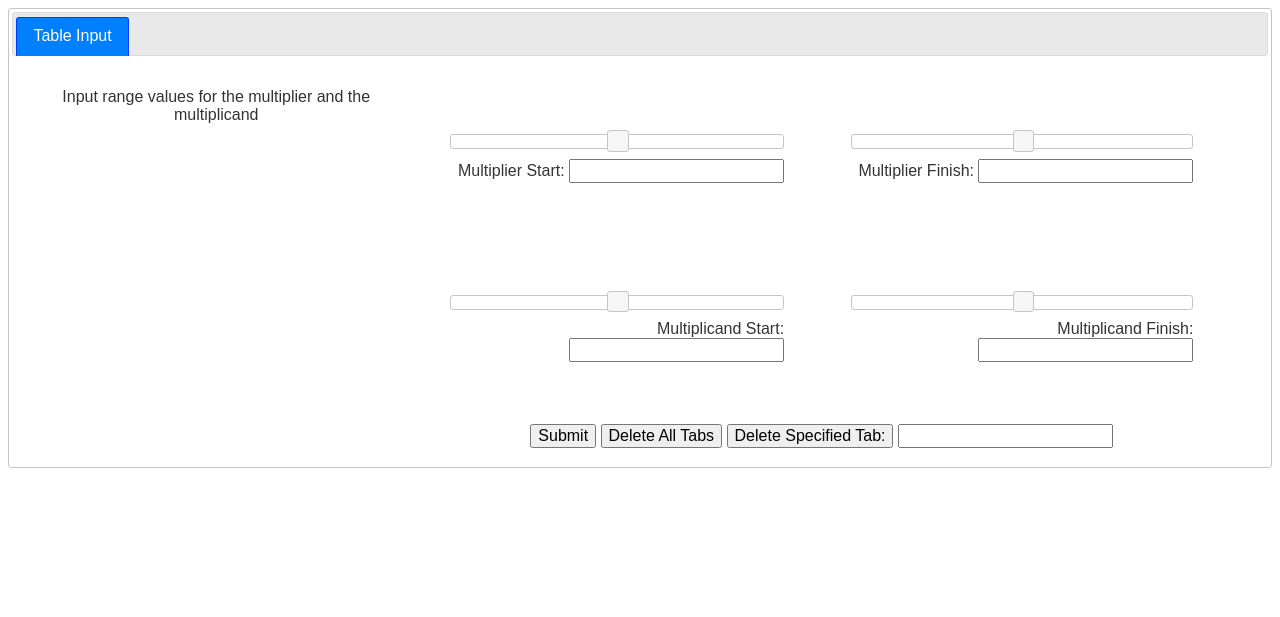
Repository: khrasna/HW4Part2
Page: index.html
The author's editor kept a copy of each file at every save. The page is drawn from the files as they stood at one save, then again after the next save.
The browser window is 1280 px wide. The pictures show the whole page.
Some web libraries are served in a nearby version.

Above is the page before, as saved 2021-11-22 16:25:43.

### index.html
<!-- HTML file for Assignment 3
By Karsten Hrasna  email Karsten_Hrasna@student.uml.edu-->
<!DOCTYPE html>
<html>

<head>
    <title>Multiplication Table</title>
    <link rel="stylesheet" href="style.css">
    <script type="text/javascript" src="https://ajax.googleapis.com/ajax/libs/jquery/3.5.1/jquery.min.js"></script>
    <script type="text/javascript" src="dist/jquery.validate.min.js"></script>
    <script type="text/javascript" src="formvalidate.js"></script>
    <script type="text/javascript"
        src="https://ajax.googleapis.com/ajax/libs/jqueryui/1.11.4/jquery-ui.min.js"></script>
    <link rel="stylesheet" href="https://ajax.googleapis.com/ajax/libs/jqueryui/1.11.4/themes/smoothness/jquery-ui.css">
</head>

<body>

    <div id="tabs">
        <ul>
            <li><a href='#tab1'>Table Input</a></li>
        </ul>
        <div id="tab1">
            <p>Input range values for the multiplier and the multiplicand</p>
            <!-- Learned from W3schools. Creates a form which takes number ranges for multiplier and multiplicand. -->
            <form id="FormInput" action="javascript:void(0);" method="get">
                <!--Learned about javascript:void(0) from Dutchie432 at https://stackoverflow.com/questions/1818249/form-with-no-action-and-where-enter-does-not-reload-page-->
                <table>
                    <tr>

                        <td class="pad">
                            <div id="slider-1" class="refresh"></div>
                            Multiplier Start: <input input="text" class="refresh" name="MultiplierStart">
                        </td>

                        <td>
                            <div id="slider-2" class="refresh"></div>
                            Multiplier Finish: <input type="text" class="refresh" name="MultiplierFinish">
                        </td>
                    </tr>
                    <tr>
                        <td class="pad">
                            <div id="slider-3" class="refresh"></div>
                            Multiplicand Start: <input type="text" class="refresh" name="MultiplicandStart">
                        </td>

                        <td>
                            <div id="slider-4" class="refresh"></div>
                            Multiplicand Finish: <input type="text" class="refresh" name="MultiplicandFinish">
                        </td>
                    </tr>
                </table>
                <input type="submit" value="Submit">
                <input type="button" name="clear" value="Delete All Tabs">
                <input type="button" name="clearx" value="Delete Specified Tab:">
                <input type="text" name="clearinput">
                <!--goes directly under form and processes the input to create a mult table-->
            </form>
        </div>
    </div>


</body>

</html>

### style.css
/*Created by Karsten Hrasna. email: Karsten_Hrasna@student.uml.edu*/
html,
body {
    height: 97%;
    text-align: center;
}

#slider-1,
#slider-2,
#slider-3,
#slider-4 {
    margin-bottom: 10px;
    margin-top: 10px;
}

div#tab1 {
    display: grid;
    grid-template-columns: 30% auto;
    /* top row of grid holds the form for input, the rest of page holds the multiplication table*/
    grid-template-rows: auto;
    height: 97%;
    text-align: center;

}

p {
    text-align: center;
}

#multTable {
    margin: auto;
    border-collapse: separate;
    border-spacing: 0;
    /*the dynamically sized multiplication table */
    margin-top: 0px;
    border-bottom: 0px;

}

input[type=submit] {
    /* submit button under form spaced here */
    margin-top: 10px;
    margin-bottom: 0px;
}

#multTable td,
th {
    border: solid;
    border-color: black;
    min-width: 70px;
    font-size: 30px;
    height: 70px;
}


#multTable th {
    position: sticky;
    top: 0px;
    border-right: solid;
    border-right-color: white;
    border-bottom: solid;
    border-bottom-color: white;
    background-color: black;
    color: white;

}

#multTable th:first-child {
    position: sticky;
    top: 70px;
    left: 0;
}


.sticky {
    position: fixed;
    top: 0px;
    /* get the headers to stay fixed on mult table */
    width: 100%;
}

#multTable tr:first-child th:first-child {
    border: none;
    background-color: white;
}

#multTable p.inputError {
    margin: 0px;
}

form {
    margin-bottom: 0px;
}

table {
    margin-left: auto;
    margin-right: auto;
}

form td {
    text-align: right;
    justify-content: right;
    padding: 50px;
    /*line up the input form textboxes*/
}

form p {
    margin: 0px;
}

td.pad {
    padding-right: 15px;
}

### formvalidate.js
var tabs;

$(function () {
    $("#tabs").tabs();

    $("#slider-1").slider({
        min: -50, //initialize the four sliders to set the values of their respective input boxes
        max: 50,
        slide: function (event, ui) {
            $('input[name="MultiplierStart"]').val(ui.value);
        }
    });
    $("#slider-2").slider({
        min: -50,
        max: 50,
        slide: function (event, ui) {
            $('input[name="MultiplierFinish"]').val(ui.value);
        }
    });
    $("#slider-3").slider({
        min: -50,
        max: 50,
        slide: function (event, ui) {
            $('input[name="MultiplicandStart"]').val(ui.value);
        }
    });
    $("#slider-4").slider({
        min: -50,
        max: 50,
        slide: function (event, ui) {
            $('input[name="MultiplicandFinish"]').val(ui.value);
        }
    });

    $('input[name="MultiplierStart"]').on('keyup', function () { //if the input boxes values are changed, set the slider to that value
        $("#slider-1").slider("option", "value", $('input[name="MultiplierStart"]').val());
    });

    $('input[name="MultiplierFinish"]').on('keyup', function () {
        $("#slider-2").slider("option", "value", $('input[name="MultiplierFinish"]').val());
    });

    $('input[name="MultiplicandStart"]').on('keyup', function () {
        $("#slider-3").slider("option", "value", $('input[name="MultiplicandStart"]').val());
    });

    $('input[name="MultiplicandFinish"]').on('keyup', function () {
        $("#slider-4").slider("option", "value", $('input[name="MultiplicandFinish"]').val());
    });


    $.validator.addMethod("less", function (value, element, params) {
        if (params[0].value == "") {
            return true; // dont want it to say that the start has to be greater than finish if no finish given. instead it will say to give finish value in other error
        } else {
            return this.optional(element) || +value <= +params[0].value;

        } //checks to make sure that the starts are less than the finishes, learned from
    }); // https://jqueryvalidation.org/jQuery.validator.addMethod/

    $.validator.addMethod("checkval", function (value, element) {
        if (value == "") {
            return true; // dont want it to say that the start has to be greater than finish if no finish given. instead it will say to give finish value in other error
        } else {
            return this.optional(element) || +value > 1;

        } //checks to make sure that the starts are less than the finishes, learned from
    });


    $("#FormInput").validate({
        //this makes it so the validator updates the error messages whenever new input is typed.
        //learned about onkeyup at https://www.sitepoint.com/jquery-validation-validate-form-submit/
        rules: {
            MultiplierStart: {
                range: [-50, 50],
                less: $('input[name="MultiplierFinish"]'),
                required: true

            },
            MultiplierFinish: { //rules for form input. makes sure the numbers are in range, and that the fields have input in them.
                required: true,
                range: [-50, 50]
            },

            MultiplicandStart: {
                range: [-50, 50],
                less: $('input[name="MultiplicandFinish"]'),
                required: true
            },

            MultiplicandFinish: {
                range: [-50, 50],
                required: true
            }
        },

        messages: {
            MultiplierStart: {
                required: "Multiplier Start must be a digit between -50 and 50",
                range: "The range of Multiplier Start must stay within -50 and 50",
                less: "The value of Multiplier Start must be less than or equal to Multiplier Finish."
            },

            MultiplierFinish: {
                required: "Multiplier Finish must be a digit between -50 and 50",
                range: "The range of Multiplier Finish must stay within -50 and 50",
            },

            MultiplicandStart: {
                required: "Multiplicand Start must be a digit between -50 and 50",
                range: "The range of Multiplicand Start must stay within -50 and 50",
                less: "The value of Multiplicand Start must be less than or equal to Multiplicand Finish."
            },

            MultiplicandFinish: {
                required: "Multiplicand Finish must be a digit between -50 and 50",
                range: "The range of Multiplicand Finish must stay within -50 and 50",
            }


        },

        errorPlacement: function (error, element) {
            $(error).appendTo($(('#FormInput'))); //place the errors below the form
        },
        errorElement: "p"

    });

    $(".refresh").on("input", function () {
        console.log(1);
    });

    $(".refresh").on("slide", function () {
        console.log(2);
    });


    $('input[type="submit"]').on('click', function () { //check if form is valid and process table if true
        $('input[name="clearinput"]').rules('remove');
        if ($("#FormInput").valid()) {
            process();
        }
    });



    $('input[name="clear"]').on("click", function () { //clear all tabs except main tab
        for (var i = 2; i <= tabs; i++) {
            $("#tabs").find("li:not(:first)").remove();
            $("#tabs").tabs('refresh');
        }
        tabs = 1;
    });

    $('input[name="clearx"]').on("click", function () { //clear a specified tab with a range of 2 - number of tabs
        console.log(tabs);
        console.log($("#FormInput").validate().settings.rules);
        $('input[name="clearinput"]').rules('add', {
            digits: true,
            required: true,
            range: [2, tabs],
            checkval: true,

            messages: {
                digits: "Please make your specified tab to be deleted contain only numbers within the indicated range.",
                range: "Please choose a tab between 2 and " + tabs,
                checkval: "Please enter a tab value which is greater than 1.",
                required: "Please enter a value for the Delete Specified Tab value."
            }
        });

        if ($('input[name="clearinput"]').valid()) { //if the specified tab to be removed is valid then remove it
            var removetab = $('input[name="clearinput"]').val();
            $("#tabs").find("li:nth-child(" + removetab + ")").remove();
            $("#tabs").tabs('refresh');

            if (tabs > 1) {
                tabs -= 1;
            }
        }

    })

});

function process() {
    var multStart = $('input[name="MultiplierStart"]').val();
    var multFinish = $('input[name="MultiplierFinish"]').val();
    var multiplicandStart = $('input[name="MultiplicandStart"]').val();
    var multiplicandFinish = $('input[name="MultiplicandFinish"]').val();

    //clear old table and create a table with size based on input given
    const rowVals = [];
    const colVals = []; //these will hold the values of the multiplier and multiplicand
    var rows = multFinish - multStart;
    var cols = multiplicandFinish - multiplicandStart;
    tabs = $("#tabs ul li").length + 1; //number of tabs, learned from https://stackoverflow.com/questions/14702631/in-jquery-ui-1-9-how-do-you-create-new-tabs-dynamically
    for (var i = 0; i <= cols; i++) {
        colVals[i] = (+multiplicandStart + +i); //save the values of the numbers being multiplied
    }
    for (var i = 0; i <= rows; i++) {
        rowVals[i] = (+multStart + +i);
    }
    var table = createTable(rows, cols, rowVals, colVals); //create table based on total rows and cols, and top and left are the sets of multipliers and multiplicands
    table.id = "multTable";
    //adds list item to tab list with parameters as title
    $("#tabs ul").append("<li><a href='#tab" + tabs + "'>" + multStart + " " + multFinish + " " + multiplicandStart + " " + multiplicandFinish + "</a></li>");
    $("#tabs").append("<div id='tab" + tabs + "'></div>"); //also learned from https://stackoverflow.com/questions/14702631/in-jquery-ui-1-9-how-do-you-create-new-tabs-dynamically
    $("#tab" + tabs).append(table); //adds the table to a new tab
    $("#tabs").tabs("refresh");

}

function createTable(rows, cols, rowVals, colVals) {
    var t = document.createElement('table');
    for (var x = 0; x <= rows + 1; x++) { // rows and cols + 1 to indicate ranges of numbers
        var r = document.createElement('tr');
        t.appendChild(r);
        for (var y = 0; y <= cols + 1; y++) { //creates the cols of the table row by row
            if (y == 0) {
                var c = document.createElement('th'); //create and insert element based on position in table
                c.id = "topHeader";
                if (x != 0) {
                    c.innerHTML = rowVals[x - 1]; // - 1 because it is moved over 1 to the right
                }
            } else if (x == 0) {
                var c = document.createElement('th');
                if (y != 0) {
                    c.innerHTML = colVals[y - 1];
                }
            } else {
                var c = document.createElement('td');
                c.innerHTML = rowVals[x - 1] * colVals[y - 1];
                if (((y % 2) + (x % 2)) == 0 || ((y % 2) + (x % 2)) == 2) { // checker board effect
                    c.style.backgroundColor = "gray";
                }
            }
            r.appendChild(c);
        }
    }
    return t;
}

Loaded but not shown: dist/jquery.validate.min.js (library)

After the next save:
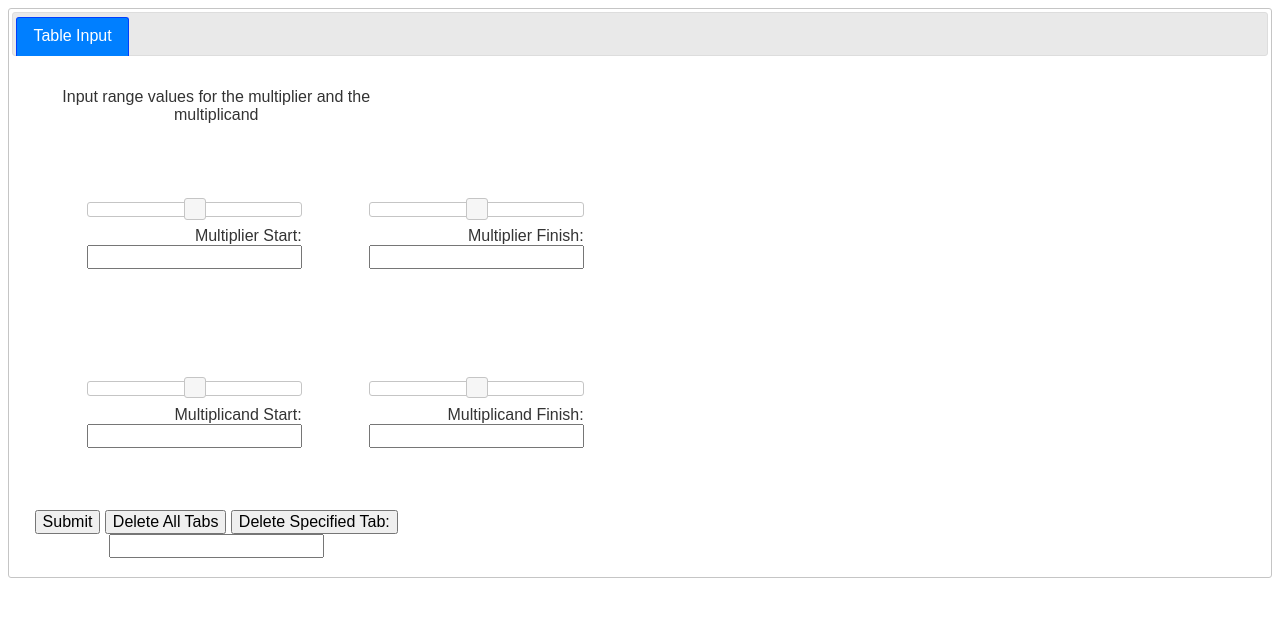
Saved 62 s later.
--- a/index.html
+++ b/index.html
@@ -21,41 +21,43 @@ By Karsten Hrasna  email Karsten_Hrasna@student.uml.edu-->
             <li><a href='#tab1'>Table Input</a></li>
         </ul>
         <div id="tab1">
-            <p>Input range values for the multiplier and the multiplicand</p>
-            <!-- Learned from W3schools. Creates a form which takes number ranges for multiplier and multiplicand. -->
-            <form id="FormInput" action="javascript:void(0);" method="get">
-                <!--Learned about javascript:void(0) from Dutchie432 at https://stackoverflow.com/questions/1818249/form-with-no-action-and-where-enter-does-not-reload-page-->
-                <table>
-                    <tr>
+            <div id="container">
+                <p>Input range values for the multiplier and the multiplicand</p>
+                <!-- Learned from W3schools. Creates a form which takes number ranges for multiplier and multiplicand. -->
+                <form id="FormInput" action="javascript:void(0);" method="get">
+                    <!--Learned about javascript:void(0) from Dutchie432 at https://stackoverflow.com/questions/1818249/form-with-no-action-and-where-enter-does-not-reload-page-->
+                    <table>
+                        <tr>
 
-                        <td class="pad">
-                            <div id="slider-1" class="refresh"></div>
-                            Multiplier Start: <input input="text" class="refresh" name="MultiplierStart">
-                        </td>
+                            <td class="pad">
+                                <div id="slider-1" class="refresh"></div>
+                                Multiplier Start: <input input="text" class="refresh" name="MultiplierStart">
+                            </td>
 
-                        <td>
-                            <div id="slider-2" class="refresh"></div>
-                            Multiplier Finish: <input type="text" class="refresh" name="MultiplierFinish">
-                        </td>
-                    </tr>
-                    <tr>
-                        <td class="pad">
-                            <div id="slider-3" class="refresh"></div>
-                            Multiplicand Start: <input type="text" class="refresh" name="MultiplicandStart">
-                        </td>
+                            <td>
+                                <div id="slider-2" class="refresh"></div>
+                                Multiplier Finish: <input type="text" class="refresh" name="MultiplierFinish">
+                            </td>
+                        </tr>
+                        <tr>
+                            <td class="pad">
+                                <div id="slider-3" class="refresh"></div>
+                                Multiplicand Start: <input type="text" class="refresh" name="MultiplicandStart">
+                            </td>
 
-                        <td>
-                            <div id="slider-4" class="refresh"></div>
-                            Multiplicand Finish: <input type="text" class="refresh" name="MultiplicandFinish">
-                        </td>
-                    </tr>
-                </table>
-                <input type="submit" value="Submit">
-                <input type="button" name="clear" value="Delete All Tabs">
-                <input type="button" name="clearx" value="Delete Specified Tab:">
-                <input type="text" name="clearinput">
-                <!--goes directly under form and processes the input to create a mult table-->
-            </form>
+                            <td>
+                                <div id="slider-4" class="refresh"></div>
+                                Multiplicand Finish: <input type="text" class="refresh" name="MultiplicandFinish">
+                            </td>
+                        </tr>
+                    </table>
+                    <input type="submit" value="Submit">
+                    <input type="button" name="clear" value="Delete All Tabs">
+                    <input type="button" name="clearx" value="Delete Specified Tab:">
+                    <input type="text" name="clearinput">
+                    <!--goes directly under form and processes the input to create a mult table-->
+                </form>
+            </div>
         </div>
     </div>
 

After the save that followed:
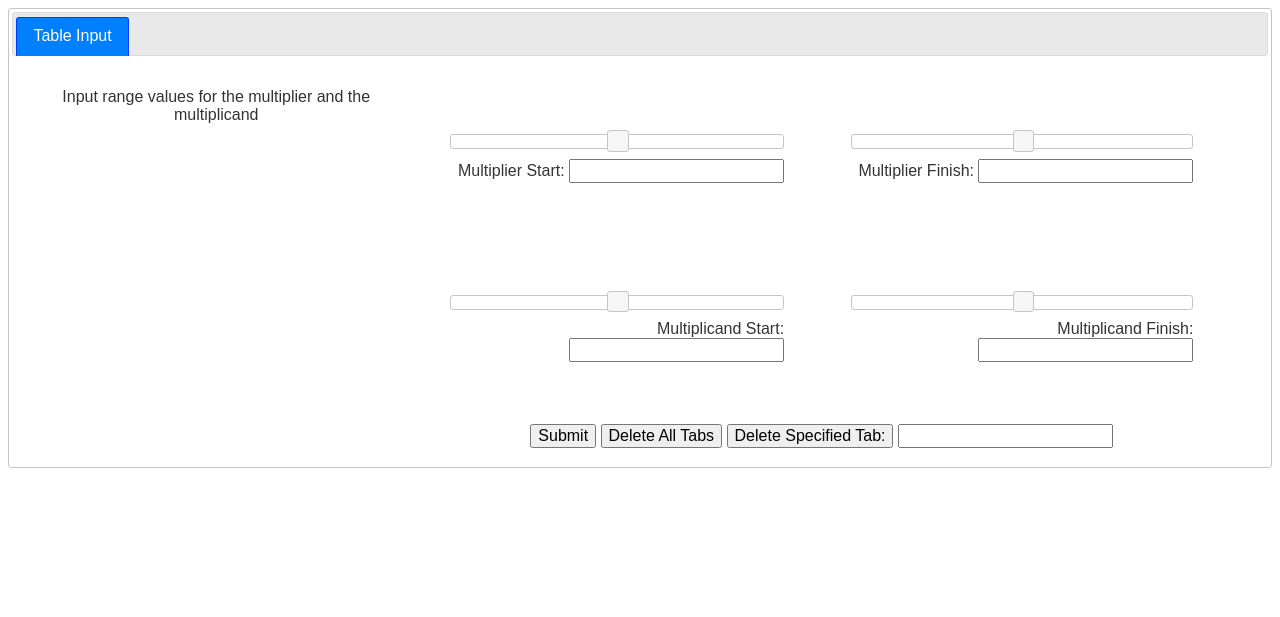
Saved 11 s later.
--- a/style.css
+++ b/style.css
@@ -13,7 +13,7 @@ body {
     margin-top: 10px;
 }
 
-div#tab1 {
+div#container {
     display: grid;
     grid-template-columns: 30% auto;
     /* top row of grid holds the form for input, the rest of page holds the multiplication table*/
